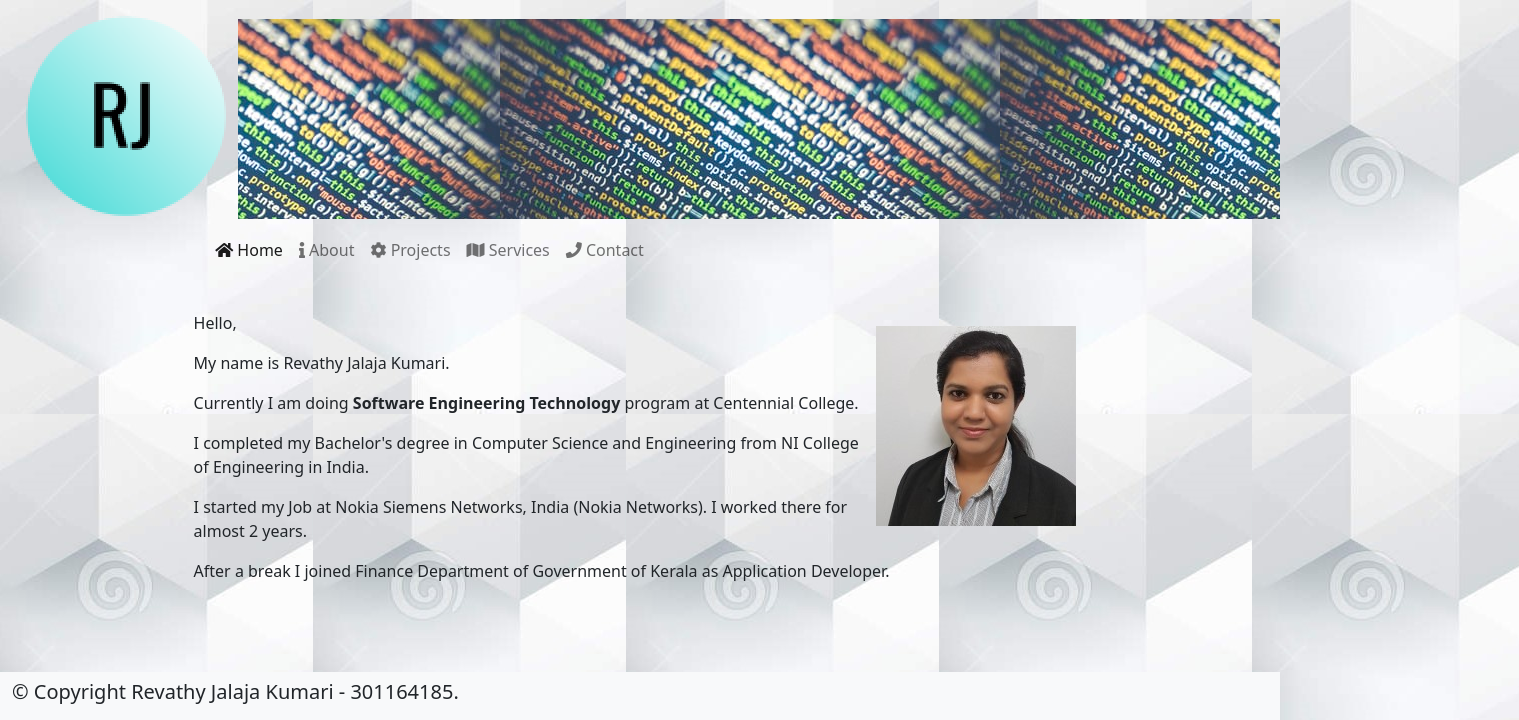
Repository: RevathyJK/Portfolio
Page: http://localhost/about
The author's editor kept a copy of each file at every save. The page is drawn from the files as they stood at one save, then again after the next save.
The browser window is 1280 px wide. The page is 1519 px wide, so the pictures cover 1519 px, including what lies to the right of the window. The pictures show the whole page.
The page is served by the project's Node server (server.js).

Above is the page before, as saved 2021-10-01 17:13:39.

After the next save:
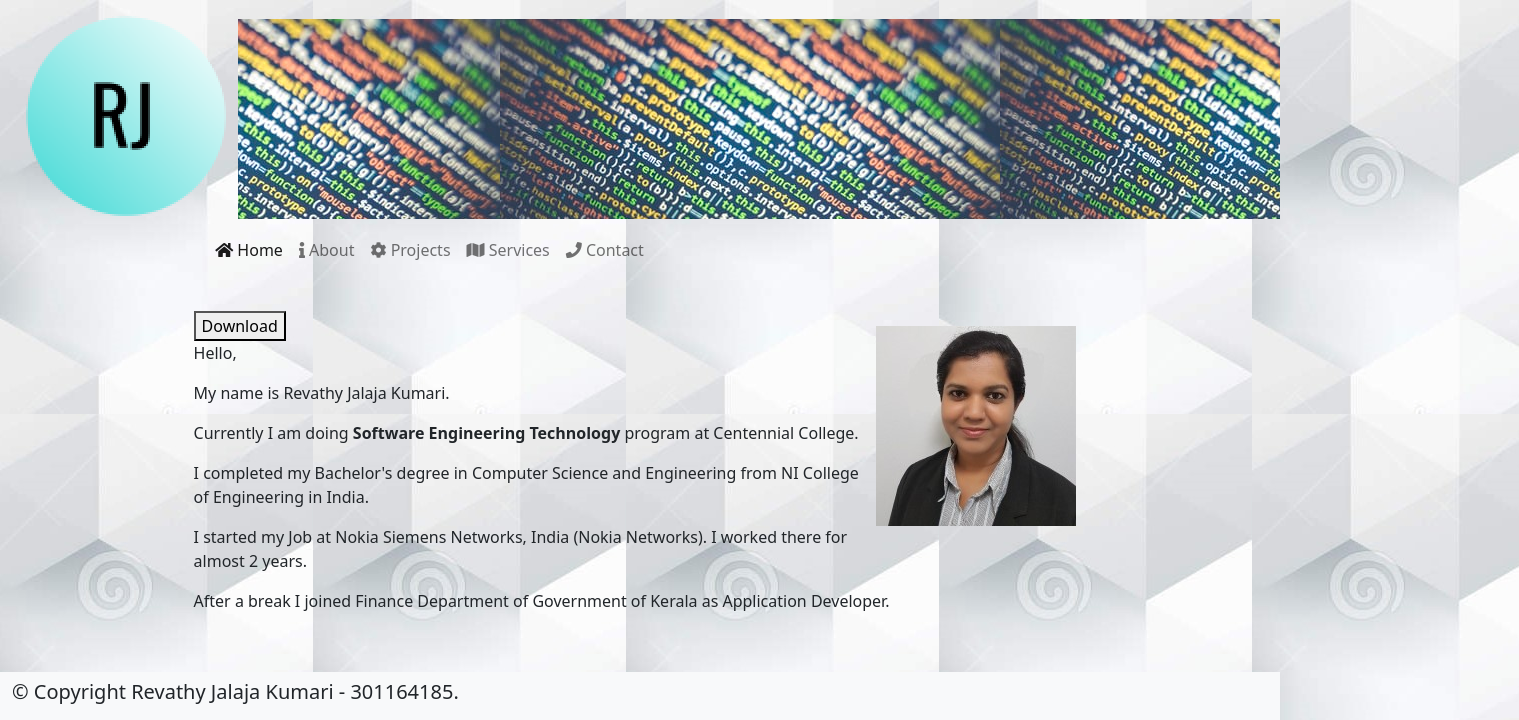
Saved 58 s later.
--- a/Server/Views/content/about.ejs
+++ b/Server/Views/content/about.ejs
@@ -4,6 +4,8 @@
 </div>
 <br>
 <div  margin-left:auto; margin-right:auto >
+
+<button>Download</button>
 
 <img src="about.jpg" alt =" picture" style="float:right; margin-left:6px; margin-bottom:6px;">
 <p>Hello,</p>
